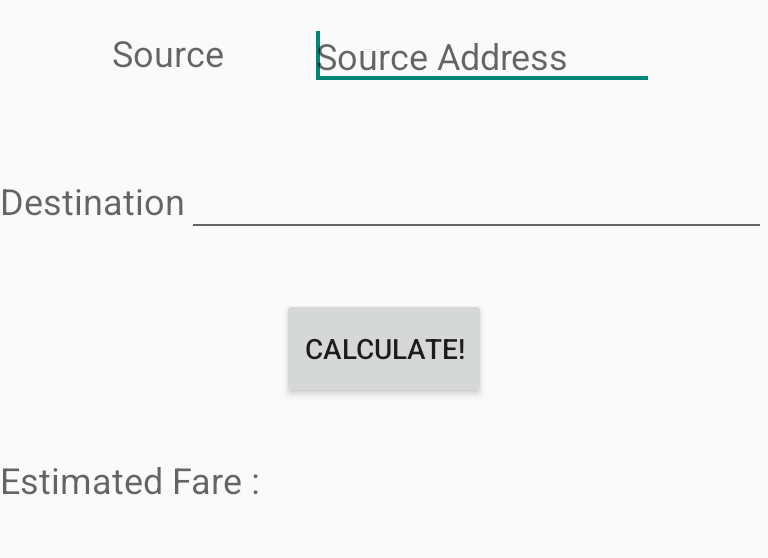
Repository: cravindra/autofareprototype
Layout: AutoFarePrototype/res/layout/activity_main.xml
These files come from the project's save history. The layout is drawn as it stood at one moment and after the next save; the edit follows.
The pictures show rows 722 to 1280 of an output 1280 px tall.
It is drawn on a 768 x 1280 px phone screen (xhdpi) without system bars, with theme AppTheme; the app's code is not run.

Above is the layout before, as saved 2014-07-16 13:25:30.

### AutoFarePrototype/res/layout/activity_main.xml
<LinearLayout xmlns:android="http://schemas.android.com/apk/res/android"
    android:id="@+id/main_layout"
    android:layout_width="match_parent"
    android:layout_height="match_parent"
    android:layout_margin="20dp"
    android:gravity="center"
    android:orientation="vertical" >

    <fragment
        android:id="@+id/map"
        android:name="com.google.android.gms.maps.MapFragment"
        android:layout_width="match_parent"
        android:layout_height="0dp"
        android:layout_weight="0.38" />

    <LinearLayout
        android:layout_width="match_parent"
        android:layout_height="wrap_content"
        android:layout_weight="0.13"
        android:orientation="vertical" >

        <LinearLayout
            android:layout_width="match_parent"
            android:layout_height="0dp"
            android:layout_gravity="center"
            android:layout_weight="1"
            android:gravity="center"
            android:orientation="horizontal" >

            <TextView
                android:id="@+id/tv_src"
                android:layout_width="98dp"
                android:layout_height="wrap_content"
                android:text="@string/src_string"
                android:textAppearance="?android:attr/textAppearanceMedium" />

            <EditText
                android:id="@+id/et_src"
                android:layout_width="174dp"
                android:layout_height="wrap_content"
                android:ems="10"
                android:hint="Source Address"
                android:inputType="text"
                android:textAllCaps="false" >

                <requestFocus />
            </EditText>

        </LinearLayout>

        <LinearLayout
            android:layout_width="match_parent"
            android:layout_height="wrap_content"
            android:layout_gravity="center"
            android:layout_weight="1"
            android:gravity="center" >

            <TextView
                android:id="@+id/tv_dest"
                android:layout_width="wrap_content"
                android:layout_height="wrap_content"
                android:layout_weight="0"
                android:text="@string/dest_string"
                android:textAppearance="?android:attr/textAppearanceMedium" />

            <EditText
                android:id="@+id/et_dest"
                android:layout_width="match_parent"
                android:layout_height="wrap_content"
                android:layout_weight="1"
                android:ems="10" />

        </LinearLayout>

        <Button
            android:id="@+id/button1"
            android:layout_width="wrap_content"
            android:layout_height="0dp"
            android:layout_gravity="center"
            android:layout_weight="1"
            android:text="@string/send_button_string" />

        <LinearLayout
            android:layout_width="match_parent"
            android:layout_height="wrap_content"
            android:layout_gravity="center"
            android:layout_weight="1"
            android:gravity="center" >

            <TextView
                android:id="@+id/tv_est_fare"
                android:layout_width="wrap_content"
                android:layout_height="wrap_content"
                android:text="@string/est_fare"
                android:textAppearance="?android:attr/textAppearanceMedium" />

            <TextView
                android:id="@+id/tv_fare"
                android:layout_width="0dp"
                android:layout_height="wrap_content"
                android:layout_weight="1"
                android:textAppearance="?android:attr/textAppearanceMedium" />

        </LinearLayout>

    </LinearLayout>

</LinearLayout>

### AutoFarePrototype/res/values/strings.xml
<?xml version="1.0" encoding="utf-8"?>
<resources>

    <string name="app_name">Auto Fare Prototype</string>
    <string name="hello_world">Hello world!</string>
    <string name="action_settings">Settings</string>
    <string name="src_string">Source</string>
    <string name="dest_string">Destination</string>
    <string name="send_button_string">Calculate!</string>
    <string name="est_fare">Estimated Fare :</string>


</resources>

Loaded but not shown: AutoFarePrototype/res/values/styles.xml (common file); AutoFarePrototype/res/values-v11/styles.xml (common file); AutoFarePrototype/res/values-v14/styles.xml (common file)

After the next save:
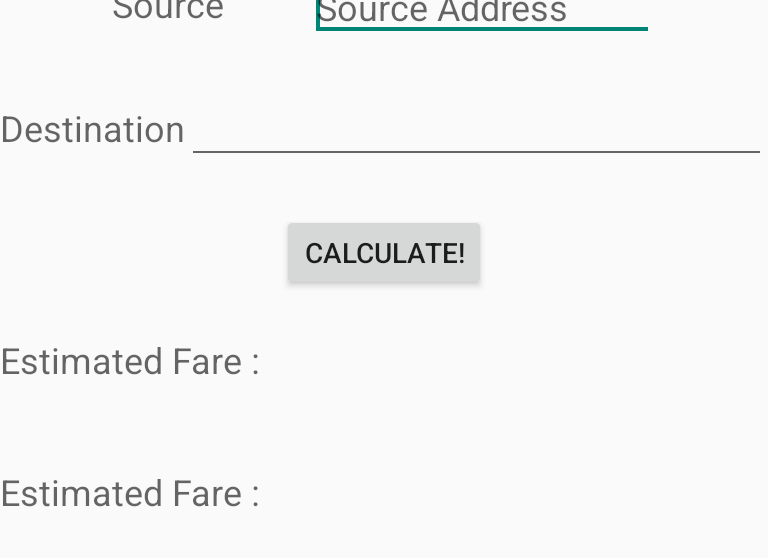
Saved 82 s later.
--- a/AutoFarePrototype/res/layout/activity_main.xml
+++ b/AutoFarePrototype/res/layout/activity_main.xml
@@ -103,6 +103,27 @@
 
         </LinearLayout>
 
+        <LinearLayout
+            android:layout_width="match_parent"
+            android:layout_height="wrap_content"
+            android:layout_weight="1"
+            android:gravity="center" >
+
+            <TextView
+                android:id="@+id/TextView01"
+                android:layout_width="wrap_content"
+                android:layout_height="wrap_content"
+                android:text="@string/est_fare"
+                android:textAppearance="?android:attr/textAppearanceMedium" />
+
+            <TextView
+                android:id="@+id/TextView02"
+                android:layout_width="0dp"
+                android:layout_height="wrap_content"
+                android:layout_weight="1"
+                android:textAppearance="?android:attr/textAppearanceMedium" />
+        </LinearLayout>
+
     </LinearLayout>
 
 </LinearLayout>
